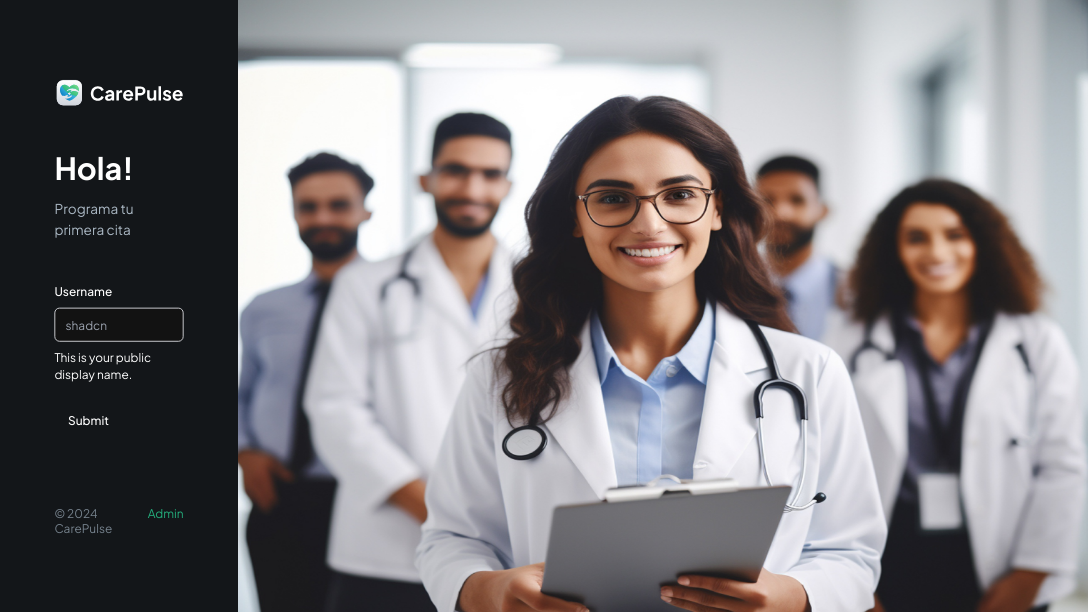
Repository: drsamame/healtcare
Page: /
These files come from the project's save history. The page is drawn as it stood at one moment and after a run of saves; the edit follows.
The browser window is 1280 px wide. The pictures show the whole page, at 85% of full size.
The project was rebuilt for these pictures with package versions that can differ from the ones it lists, and the page was loaded fresh each time. The framework's server and built-in components were replaced by stand-ins that run in the browser. Also part of the build but not shown: next.config.mjs.

Above is the page before, as saved 2024-07-08 17:04:08.

After the next 2 saves:
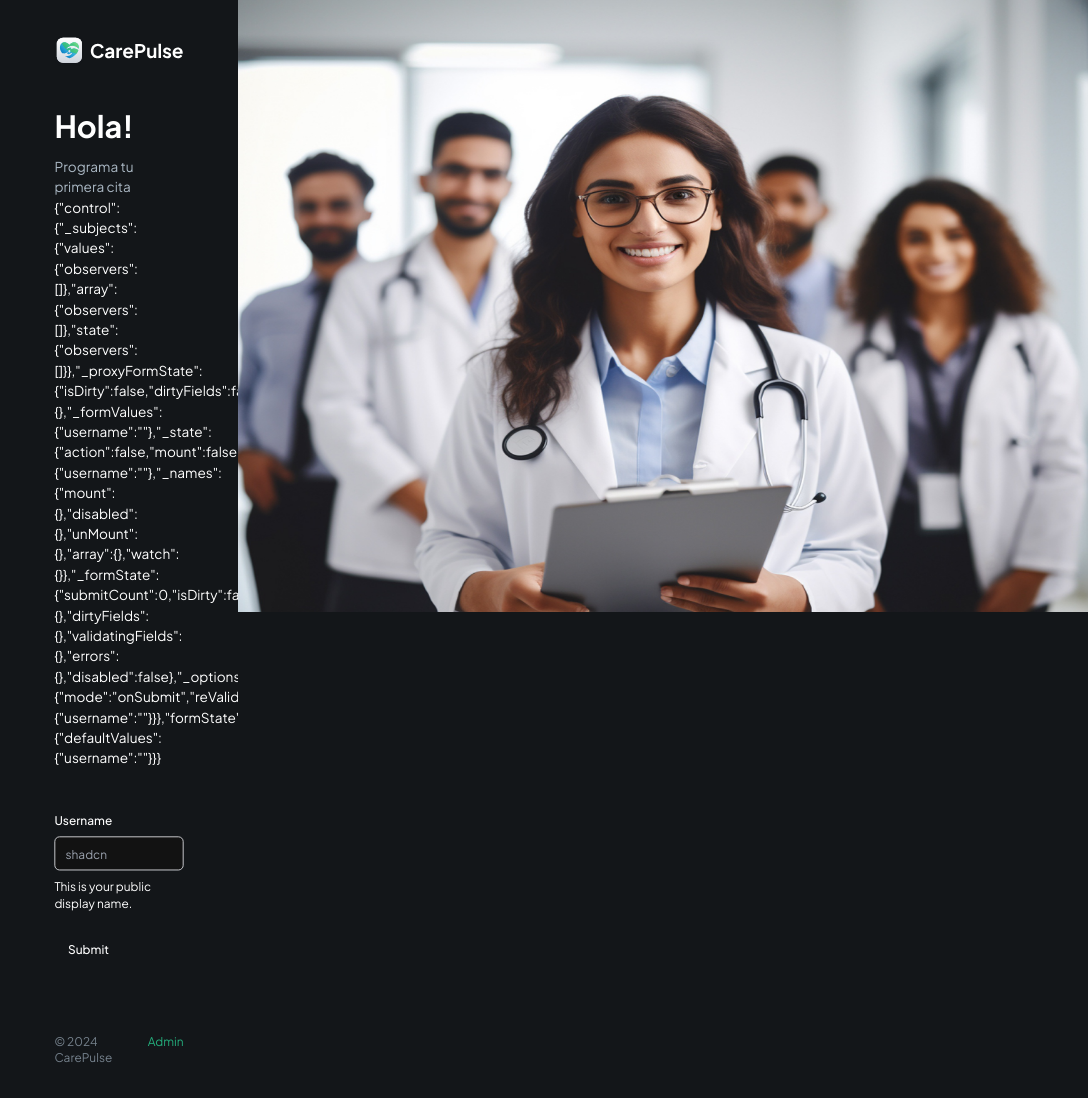
The 2 saves are shown as one change because 1 did not build or start.
The last was saved 57 s later.
--- a/components/forms/PatientForm.tsx
+++ b/components/forms/PatientForm.tsx
@@ -3,11 +3,8 @@ import { zodResolver } from '@hookform/resolvers/zod';
 import { useForm } from 'react-hook-form';
 import { z } from 'zod';
 import { Button } from '@/components/ui/button';
-import {
-	Form,
-} from '@/components/ui/form';
+import { Form } from '@/components/ui/form';
 import CustomFormField from '../CustomFormField';
-
 
 const formSchema = z.object({
 	username: z.string().min(2, {
@@ -29,14 +26,15 @@ const PatientForm = () => {
 		console.log(values);
 	}
 	return (
+
 		<Form {...form}>
 			<form onSubmit={form.handleSubmit(onSubmit)} className="space-y-6 flex-1">
 				<section className="mb-12 space-y-4">
 					<h1 className="header">Hola!</h1>
 					<p className="text-dark-700">Programa tu primera cita</p>
+					{JSON.stringify(form)}
 				</section>
-				<CustomFormField
-				control={form.control}/>
+				<CustomFormField control={form.control} />
 				<Button type="submit">Submit</Button>
 			</form>
 		</Form>
